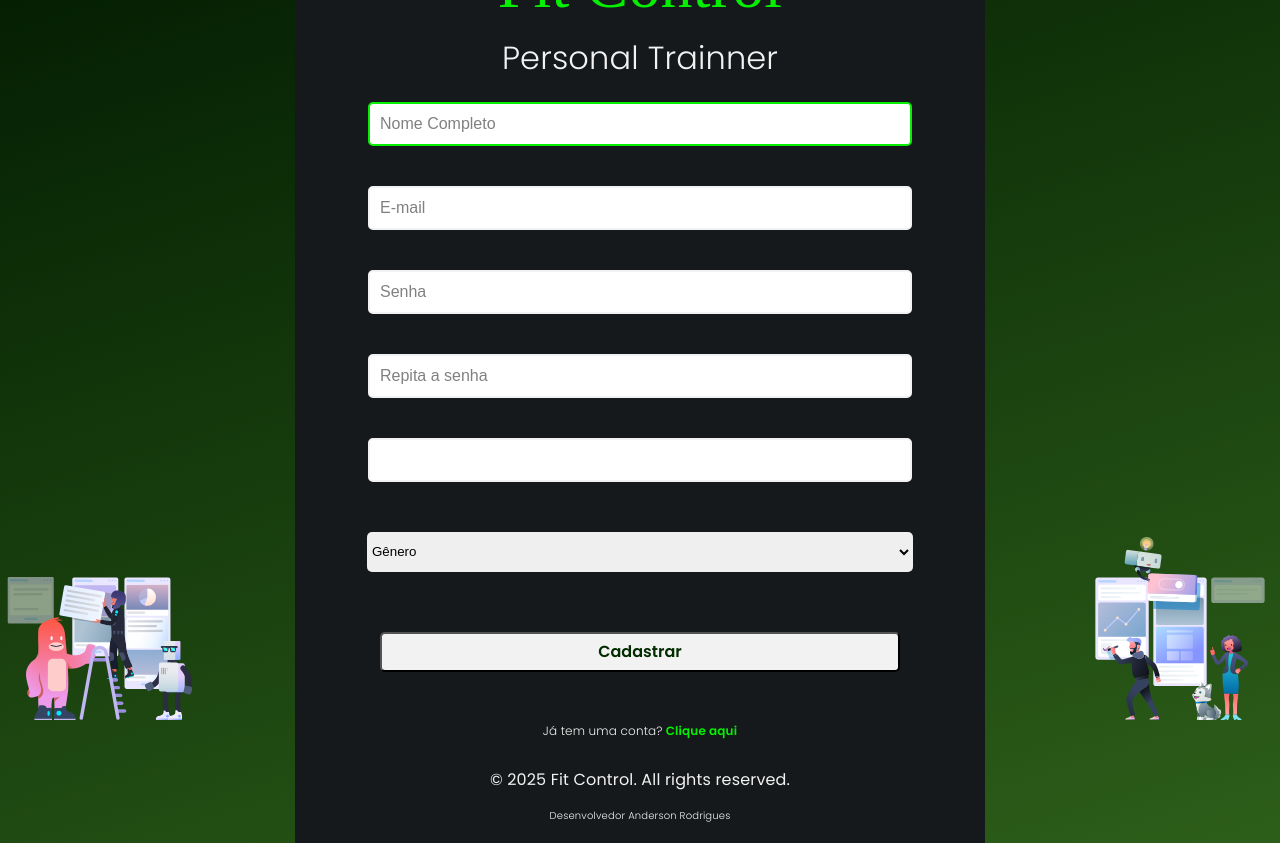
Repository: fit-control/frontend-fit-control
Page: /cadastro
These files come from the project's save history. The page is drawn as it stood at one moment and after the next save; the edit follows.
The browser window is 1280 px wide. The pictures show the whole page.
Some web fonts or font styles are not loaded; a fallback is used. The project was rebuilt for these pictures with package versions that can differ from the ones it lists, and the page was loaded fresh each time. Settings that the repository does not hold, such as keys and server addresses, were given made-up values. Also part of the build but not shown: next.config.js, vite.config.ts, src/components/containerCenterLogin.tsx, src/pages/About.tsx, src/pages/NotFound.tsx, src/components/AuthRoutes.tsx, src/pages/PaginaTeste.tsx.

Above is the page before, as saved 2025-03-23 19:38:00.

### src/main.tsx
import { StrictMode } from 'react'
import { createRoot } from 'react-dom/client'
import './App.css'
import App from './App.tsx'
import { AuthProvider } from './context/auth.tsx'

createRoot(document.getElementById('root')!).render(
  <StrictMode>
    <AuthProvider>
      <App />
    </AuthProvider>
  </StrictMode>,
)

### src/App.css
@import url('https://fonts.googleapis.com/css2?family=Alike+Angular&family=Platypi:ital,wght@0,300..800;1,300..800&family=Poppins:ital,wght@0,100;0,200;0,300;0,400;0,500;0,600;0,700;0,800;0,900;1,100;1,200;1,300;1,400;1,500;1,600;1,700;1,800;1,900&display=swap');
@import url('https://fonts.googleapis.com/css2?family=Aguafina+Script&family=Alike+Angular&family=Platypi:ital,wght@0,300..800;1,300..800&family=Poppins:ital,wght@0,100;0,200;0,300;0,400;0,500;0,600;0,700;0,800;0,900;1,100;1,200;1,300;1,400;1,500;1,600;1,700;1,800;1,900&display=swap');
/* @tailwind base;
@tailwind components;
@tailwind utilities; */

/* :root {
  --background: #ffffff;
  --foreground: #171717;
}

@media (prefers-color-scheme: light) {
  :root {
    --background: #0a0a0a;
    --foreground: #ededed;
  }
} */

body {
  padding: 0;
  margin: 0;
  font-family: Poppins, sans-serif;
  font-size: 16px;
  line-height: 1.5;
  font-weight: 400;
  width: 100vw;
  height: 100vh;
  letter-spacing: 0.01em;
  display: flex;
  justify-content: center;
  align-items: center;

  .iconPageLeft {
    position: absolute;
    left: 0;
    bottom: 0;
    max-width: 400px;
    max-height: 400px;

    @media (max-width: 1480px) {
      max-width: 300px;
      max-height: 300px;
    }
    @media (max-width: 1280px) {
      max-width: 200px;
      max-height: 200px;
    }
    @media (max-width: 930px) {
      display: none;
    }
  }
  .iconPageRight {
    position: absolute;
    right: 0;
    bottom: 0;
    max-width: 400px;
    max-height: 400px;

    @media (max-width: 1480px) {
      max-width: 300px;
      max-height: 300px;
    }

    @media (max-width: 1280px) {
      max-width: 200px;
      max-height: 200px;
    }
    @media (max-width: 930px) {
      display: none;
    }
  }

  .containerLogin {
    width: 650px;
    min-height: calc(100vh - 40px);
    display: flex;
    flex-direction: column;
    justify-content: space-between;
    padding: 20px;
    align-items: center;
    background-color: #16191B;

    @media (max-width: 930px) {
      width: calc(100vw - 40px);
      overflow: hidden;
    }
    .divTitle {
      margin-top: 40px;
      display: flex;
      flex-direction: column;
      align-items: center;
      justify-content: center;

      h1 {
        margin: 0;
        color: #04F000;
        font-family: 'Aguafina Script', cursive;
        font-size: 4rem;
        font-weight: 400;
      }
      h3 {
        margin: 0;
        color: #F2F2F2;
        font-family: 'Poppins', sans-serif;
        font-size: 2rem;
        font-weight: 300;
      }
      p {
        color: #F2F2F2;
        font-size: 12px;
        font-weight: 300;
        margin: 0;
        text-align: center;
        display: flex;
      }
    }
    p {
      text-align: center;
      display: flex;
      color: #F2F2F2;
    }
    footer {
      display: flex;
      flex-direction: column;
      align-items: center;
      justify-content: center;

      .assignDeveloper {
        margin: 0%;
        color: #F2F2F2;
        font-size: 10px;
        font-weight: 300;
      }
    }

    .centerCard {
      display: flex;
      flex-direction: column;
      align-items: center;
      justify-content: center;
      gap: 40px;
      width: -webkit-fill-available;
      margin-top: 20px;

      div {
        width: 100%;
        display: flex;
        flex-direction: column;
        align-items: center;
        gap: 10px;
        justify-content: center;
      }
      select {
        width: 84%;
        border-radius: 5px;
        height: 40px;
        margin: 10px;
      }
      input {
        width: 80%;
        height: 40px;
        border: 2px solid #F2F2F2;
        border-radius: 5px;
        padding: 0 10px;
        /* background-color: #16191B; */
        color: #16191B;
        font-size: 16px;
        font-weight: 300;
        outline: none;
        transition: all 0.3s ease;
        &::placeholder {
          color: gray;
          font-size: 16px;
          font-weight: 400;
        }
        &:focus {
          border-color: #04F000;
        }
      }
      .input-error {
        border: 2px solid red !important;
      }
      .input-text-error {
        margin: 0;
        color: red !important;
        font-weight: 300 !important;
      }
      label {
        color: #F2F2F2;
        font-size: 16px;
        font-weight: 300;
        display: flex;
        justify-content: flex-start;
        width: 80%;
      }
      button {
        width: 80%;
        height: 40px;
        border-radius: 5px;
        padding: 0 10px;
        font-family: 'Poppins', sans-serif;
        font-size: 16px;
        font-weight: 600;
        outline: none;
        transition: all 0.3s ease;
      }
      .button1{
        background-color: #012B00 !important;
        color: #FFFFFF !important;
      }
      .button1:hover{
        border: 2px solid #04F000;
        transition: all 0.4s ease-in-out;
      }
      .registerButton {
        background-color: #F2F2F2;
        color: #012B00;
        font-family: 'Poppins', sans-serif;
        font-size: 16px;
        font-weight: 600;
        outline: none;
        transition: all 0.3s ease;
        margin-top: 10px;

      }
      .registerButton:hover {
        background-color: #012B00;
        text-decoration: underline;
        color: #F2F2F2;
        border: 2px solid #04F000;
        cursor: pointer;
        transition: all 0.4s ease-in-out;
      }
      .registerLink {
        color: #04F000;
        font-weight: 600;
      }
      .tagRegister {
        margin-top: 10px;
        font-size: 12px;
        font-weight: 300;
        gap: 3px;
        cursor: pointer;
      }
      .registerLink {
        color: #04F000;
        font-weight: 600;
        text-decoration: none;
      }
      .registerLink:hover {
        text-decoration: underline;
      }
    }
  }
}

### src/App.tsx
import './App.css'
import Home from './pages/Home'
import About from './pages/About';
import NotFound from './pages/NotFound';
import { BrowserRouter as Router, Route, Routes } from "react-router-dom";
import AuthRoutes from './components/AuthRoutes';
import PaginaTeste from './pages/PaginaTeste';

function App() {

  return (
    <Router>
      <div>
      <Routes>
        <Route index element={<Home />} />
        <Route path="/cadastro" element={<Home />}/>
          <Route element={<AuthRoutes />}>
            <Route path="/pagina-teste" element={<PaginaTeste />}/>
          </Route>
          <Route path="/about" element={<About />} />
        <Route path="*" element={<NotFound />} />
      </Routes>
      </div>
    </Router>
  );
}

export default App

### src/context/auth.tsx
import React, { createContext, useContext, useState, useEffect, useCallback } from "react";
import axios from "axios";
import api from "../api/api";

interface User {
  id: string;
  email: string;
  password: string;
  name: string;
  role: string;
}

interface AuthContextType {
  user: User | null;
  login: (email: string, password: string) => Promise<User>;
  logout: () => void;
  isAuthenticated: boolean;
}

// Criação do contexto
const AuthContext = createContext<AuthContextType>({
  user: {
    id: '',
    email: '',
    password: '',
    name: '',
    role: ''
  },
  login: async () => ({
    id: '',
    email: '',
    password: '',
    name: '',
    role: ''
  }),
  logout: () => {},
  isAuthenticated: false
});

// Provider do contexto de autenticação
export const AuthProvider = ({ children }: { children: React.ReactNode }) => {
  const [user, setUser] = useState<User | null>(null);
  const [isAuthenticated, setIsAutenticatad] = useState<boolean>(false);

  const logout = () => {
    setIsAutenticatad(false);
    setUser(null);
    localStorage.removeItem("token");
    delete axios.defaults.headers.common["Authorization"];
  };

  const fetchUserData = useCallback(async (authToken: string) => {
    try {
      const response = await axios.get("/auth/me", {
        headers: { Authorization: `Bearer ${authToken}` },
      });
      setUser(response.data);
    } catch (error) {
      console.error("Erro ao buscar dados do usuário:", error);
      logout();
    }
  }, []);

  useEffect(() => {
    // Verifica se há um token salvo no localStorage ao carregar a aplicação
    const storedToken = localStorage.getItem("token");
    if (storedToken) {
      setIsAutenticatad(true);
      axios.defaults.headers.common["Authorization"] = `Bearer ${storedToken}`;
      fetchUserData(storedToken); // Busca os dados do usuário autenticado
    }
  }, [fetchUserData]);

  const login = async (email: string, password: string): Promise<User> => {
    console.log("Iniciando login com:", email, password);

    try {
      const response = await api.post("/api/login", { email, password });
      console.log("Resposta da API:", response.data);

      const { token } = response.data;

      if(token)setIsAutenticatad(true);
      localStorage.setItem("token", token);
      axios.defaults.headers.common["Authorization"] = `Bearer ${token}`;

      const fakeUser: User = {
        id: "123",
        email,
        password,
        name: "Usuário Fake",
        role: "Admin",
      };

      setUser(fakeUser);
      console.log("Usuário autenticado:", fakeUser);
      console.log(isAuthenticated)

      return fakeUser;
    } catch (error) {
      console.warn("Erro no login:", error);
      throw error; // Re-lança o erro para ser tratado pelo componente
    }
  };



  return (
    <AuthContext.Provider value={{ user, isAuthenticated, login, logout }}>
         {children}
    </AuthContext.Provider>
  );
};

// Hook para consumir o contexto
export const useAuth = () => useContext(AuthContext);

### src/pages/Home.tsx
import ContainerCenterCadastro from "../components/containerCenterCadastro";
import ContainerCenterLogin from "../components/containerCenterLogin";
import { useLocation } from "react-router-dom";

function Home() {
  const location = useLocation();
  return (
    <div className="items-center justify-items-center min=w-screen flex fundo_login" style={{
      width: '100vw',
      background: 'linear-gradient(343deg, rgba(22, 77, 0, 0.9), rgba(0, 25, 0, 10.9))'
    }}>
       {location.pathname === "/cadastro" ? <ContainerCenterCadastro /> : <ContainerCenterLogin />}
    </div>
  );
}
export default Home;

### src/api/api.ts
import axios from "axios";

const baseURL = import.meta.env.VITE_BASE_URL; // Use import.meta.env
const api = axios.create({
  baseURL: baseURL, // URL base da API
  timeout: 5000, // Tempo limite para requisições
  headers: { "Content-Type": "application/json" }, // Cabeçalhos padrão
});

// Interceptor para adicionar o token de autenticação nas requisições
api.interceptors.request.use(
    (config) => {
      // Recuperar o token do localStorage (ou outra fonte)
      const token = localStorage.getItem("token");

      if (token) {
        // Adicionar o token no cabeçalho da requisição
        config.headers.Authorization = `Bearer ${token}`;
      }

      // Retornar a configuração modificada
      return config;
    },
    (error) => {
      // Tratar erros na configuração da requisição
      console.error("Erro ao configurar a requisição:", error);
      return Promise.reject(error);
    }
  );

  // Interceptor para tratar respostas da API
  api.interceptors.response.use(
    (response) => {
      // Aqui você pode processar a resposta antes de retornar os dados
      console.log("Resposta bem-sucedida:", response);
      return response;
    },
    (error) => {
      // Tratar erros de resposta (ex.: erro 401 ou 500)
      if (error.response) {
        console.error("Erro na resposta da API:", error.response.data);

        // Exemplo: Redirecionar para login em caso de erro 401 (não autorizado)
        if (error.response.status === 401) {
          console.log("Token expirado. Redirecionando para login...");
          window.location.href = "/";
        }
      } else {
        console.error("Erro na requisição:", error.message);
      }

      return Promise.reject(error);
    }
  );

export default api;

### src/components/containerCenterCadastro.tsx
import { useAuth } from "../context/auth";
import { useState } from "react";
// import { useNavigate } from "react-router-dom";
import { ToastContainer, toast } from "react-toastify";
import "react-toastify/dist/ReactToastify.css";
import { useForm } from 'react-hook-form'
import { User } from "../types/AuthType";
import { useNavigate } from "react-router-dom";

const ContainerCenterCadastro = () => {

  const { login } = useAuth();
  const navigate = useNavigate();
  const [loading, setLoading] = useState(false);


  const [errorMessage, setErrorMessage] = useState<string | undefined>(
    undefined,
  )

  const {
    handleSubmit,
    register,
    getValues
  } = useForm<User>({
    mode: 'onSubmit',
  })


  const handleFormSubmit = async ({ nomeCompleto, email, password, genero }: User) => {
    console.log("ENTROU AQUI", nomeCompleto, email, password, genero);
    setLoading(true);
    // const credentials = { user, password }
    // setDadosProfileLocalStorage(credentials)

    try {
      const response = await login(email, password)
      if (response) {
        toast.success(`Seja bem vindo ${response.name}! login realizado com sucesso.`)
        // setTimeout(() => {
        //   navigate('/pagina-teste')
        // }, 1000)
      }
    } catch (error) {
      // setFocus('email')
      // setFocus('password')
      toast.error('Email ou senha inválidos. Tente novamente.')
      if (error instanceof Error) setErrorMessage(error.message)
        setTimeout(() => {
          setErrorMessage(() => '')
        }, 2000)
    }finally{
      setLoading(false);
    }
  }
  return (
    <form style={{
      width: '100vw',
      justifyContent: "center",
      display: "flex",
    }} onSubmit={(e) => {
      e.preventDefault();
      console.log("Valores no form:", getValues());
      handleSubmit(handleFormSubmit)(e);
    }}>
      <img src="/trello-right.e6e102c7 (1).svg" alt="iconPageLeft" className="iconPageLeft" />
        <main className="containerLogin">
        <div className="divTitle">
          <h1 className="title">Fit Control</h1>
          <h3 className="subtitle">Personal Trainner</h3>
        </div>
        <div className="centerCard">
            <input
            type="text"
            placeholder="Nome Completo"
            {...register('nomeCompleto', {
              required: 'Nome é obrigatório',
            })}
            autoFocus
            style={{ borderColor: errorMessage ? "red" : "" }}
          />
          <input
            type="text"
            placeholder="E-mail"
            {...register("email")}
            autoComplete="off" // Evita preenchimento automático
          />
          <input
            type="password"
            placeholder="Senha"
            {...register('password', {
              required: 'Senha é obrigatória',
              pattern: {
                value:
                  /^(?=.*\d)(?=.*[a-z])(?=.*[A-Z])(?=.*[!@#$%^&.*])[0-9a-zA-Z!@#$%^&*]{6,}$/,
                message:
                  'Senha deve ter pelo menos 6 caracteres, incluindo letras maiúsculas, minúsculas, números e caracteres especiais',
              },

            })}
            style={{ borderColor: errorMessage ? "red" : ""}}
          />
          <input
            type="password"
            placeholder="Repita a senha"
            {...register('password', {
              required: 'Senha é obrigatória',

            })}
            style={{ borderColor: errorMessage ? "red" : ""}}
          />
          <input
            type="text"
            {...register('telefone')}
            style={{ borderColor: errorMessage ? "red" : ""}}
          />
           <select {...register('genero')} style={{ borderColor: errorMessage ? "red" : "transparent" }}>
                <option value="">Gênero</option>
                <option value="homem">Homem</option>
                <option value="mulher">Mulher</option>
            </select>

          <button disabled={loading} type="submit" className="registerButton">
            {loading ? 'Carregando...' : 'Cadastrar'}
          </button>
          <p className="tagRegister">Já tem uma conta? <a onClick={(e) => {
            e.preventDefault(); // Impede a ação padrão do botão
            setTimeout(() => {
              navigate('/');
            }, 200);
          }} className="registerLink">Clique aqui</a></p>
        {errorMessage && (
              <div style={{ maxWidth: '85%', textAlign: 'center', color: 'red' }}>
                {errorMessage}
              </div>
            )}
        </div>

        <footer className="">
          <p className="">
            &copy; {new Date().getFullYear()} Fit Control. All rights reserved.
          </p>
          <p className="assignDeveloper">Desenvolvedor Anderson Rodrigues</p>
        </footer>
      </main>
      <img src="/trello-left.4f52d13c (1).svg" alt="iconPageRight" className="iconPageRight" />
      <ToastContainer />
    </form>
  );
};

export default ContainerCenterCadastro;

Loaded but not shown: index.html (common file); tailwind.config.js (common file)

After the next save:
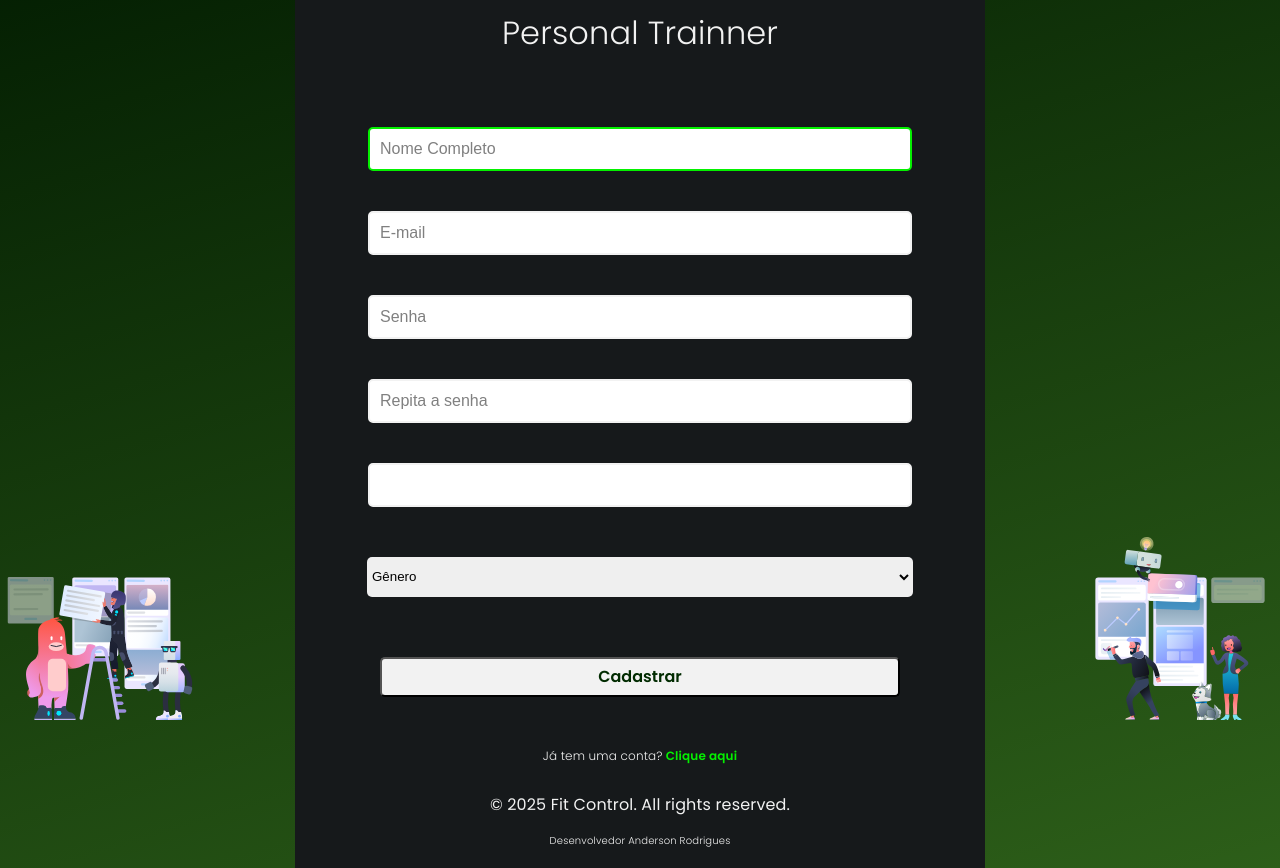
Saved 8 s later.
--- a/src/App.css
+++ b/src/App.css
@@ -140,7 +140,7 @@ body {
       justify-content: center;
       gap: 40px;
       width: -webkit-fill-available;
-      margin-top: 20px;
+      margin-top: 70px;
 
       div {
         width: 100%;
